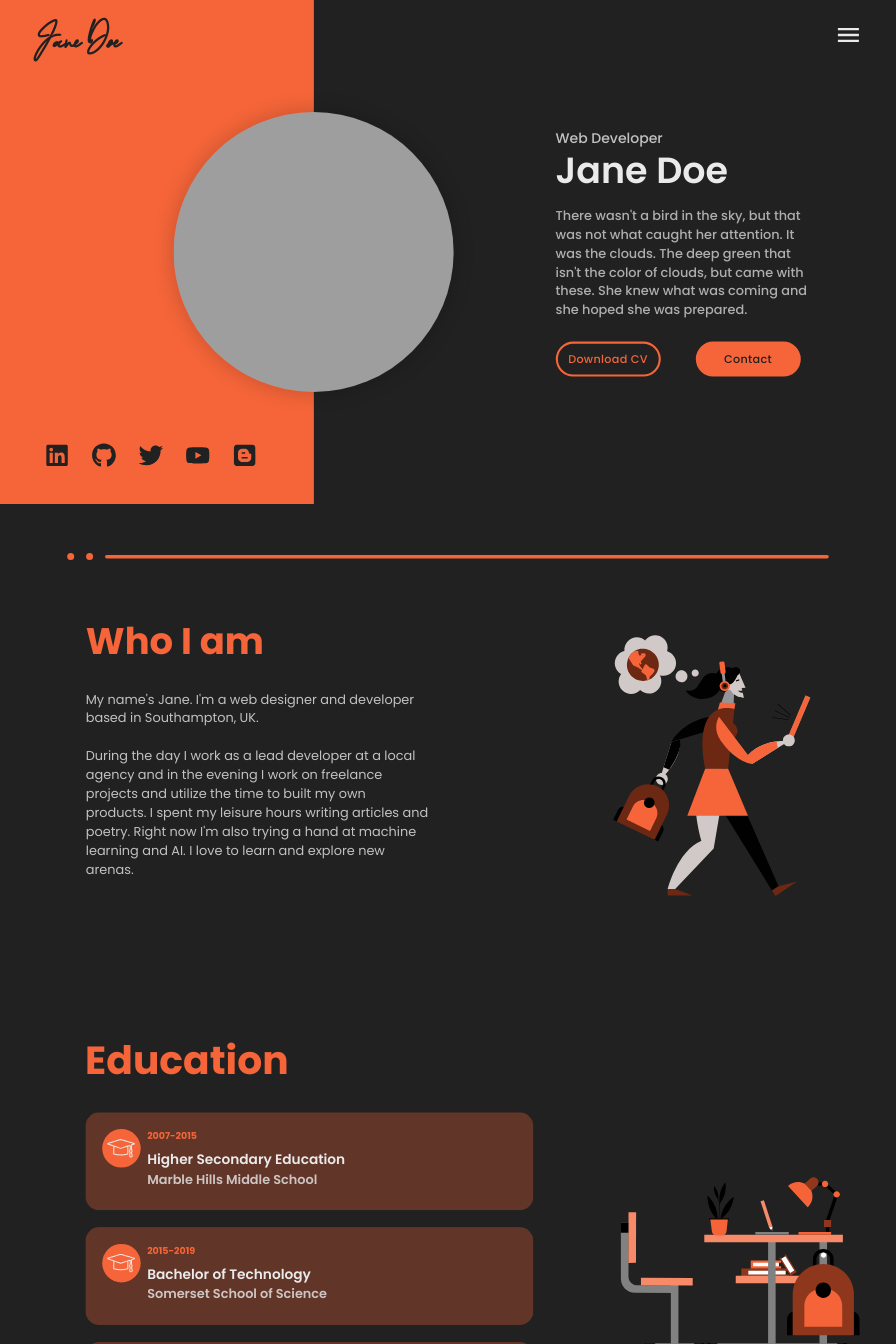
Repository: SyLe-Van/Webite_Subject
Page: / (app in Lab3/Homework/homework4/)
The author's editor kept a copy of each file at every save. The page is drawn from the files as they stood at one save, then again after the next save.
The browser window is 1280 px wide. The pictures show the part of the page from y = 0 to 1920 px (the page is 7857 px tall), at 70% of full size.
Pictures or frames that could not be fetched are drawn as grey boxes. Some web fonts or font styles are not loaded; a fallback is used. The project was rebuilt for these pictures with package versions that can differ from the ones it lists, and the page was loaded fresh each time. Also part of the build but not shown: Lab3/Homework/homework4/src/pages/Blog/BlogPage.css, Lab3/Homework/homework4/src/pages/Blog/BlogPage.js, Lab3/Homework/homework4/src/pages/Project/ProjectPage.css, Lab3/Homework/homework4/src/pages/Project/ProjectPage.js. Imported but missing from the stored project, and not drawn on this page: Lab3/Homework/homework4/src/assets/pdf/resume.pdf.

Above is the page before, as saved 2023-12-01 15:46:51.

After the next save:
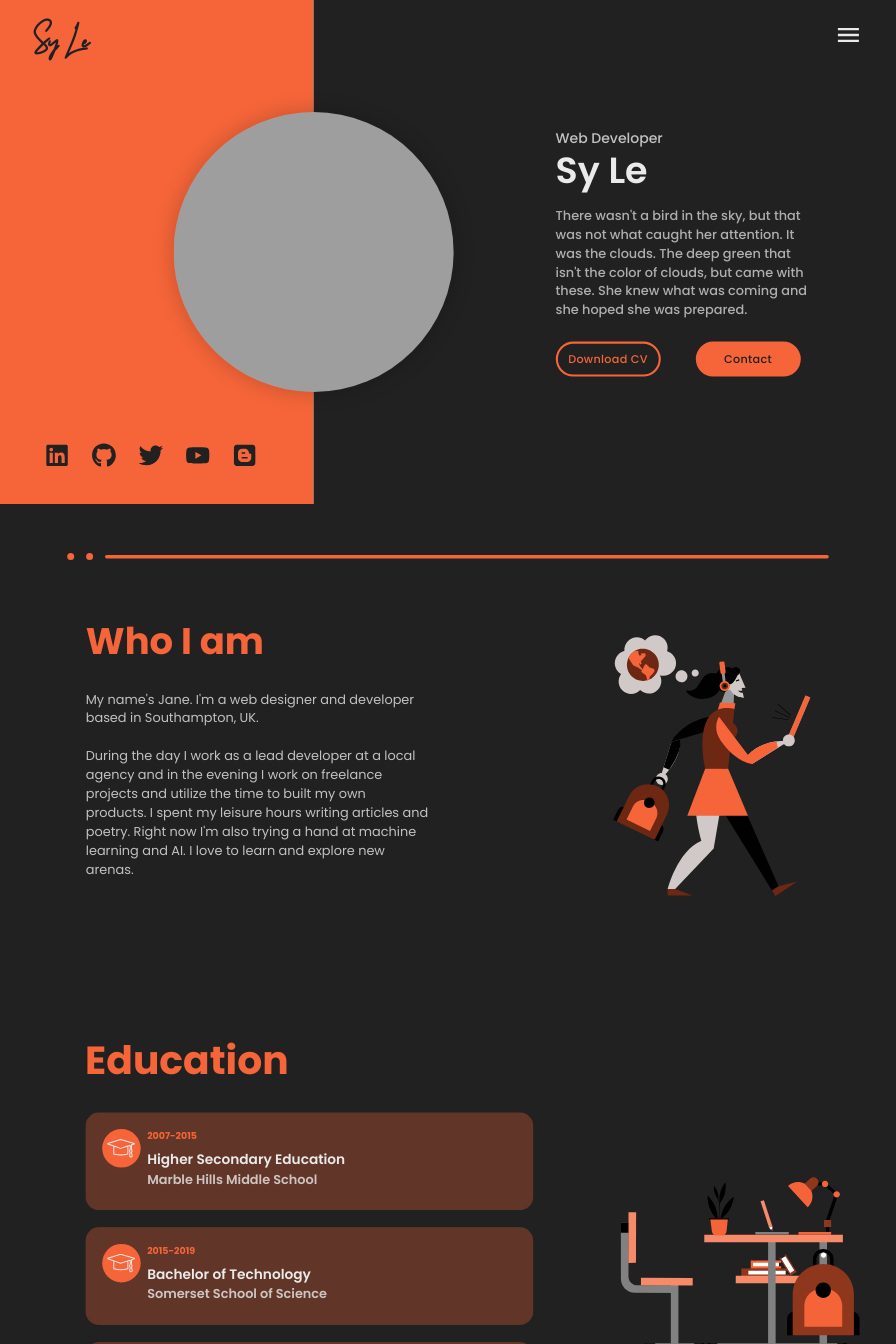
Saved 53 s later.
--- a/Lab3/Homework/homework4/src/data/headerData.js
+++ b/Lab3/Homework/homework4/src/data/headerData.js
@@ -1,7 +1,7 @@
 import resume from '../assets/pdf/resume.pdf'
 
 export const headerData = {
-    name: 'Jane Doe',
+    name: 'Sy Le',
     title: "Web Developer",
     desciption:"There wasn't a bird in the sky, but that was not what caught her attention. It was the clouds. The deep green that isn't the color of clouds, but came with these. She knew what was coming and she hoped she was prepared. ",
     image: 'https://scontent.fsgn8-4.fna.fbcdn.net/v/t39.30808-6/393003204_1514111392683548_4206460713441802419_n.jpg?stp=cp6_dst-jpg&_nc_cat=111&ccb=1-7&_nc_sid=efb6e6&_nc_ohc=YJzZ463xKZoAX_2j_bZ&_nc_ht=scontent.fsgn8-4.fna&cb_e2o_trans=q&oh=00_AfBAGLpM-4CJYqOTEaPe1CessNQ2AG8Z8AIgSRpNBk_V7g&oe=656F3A08',
